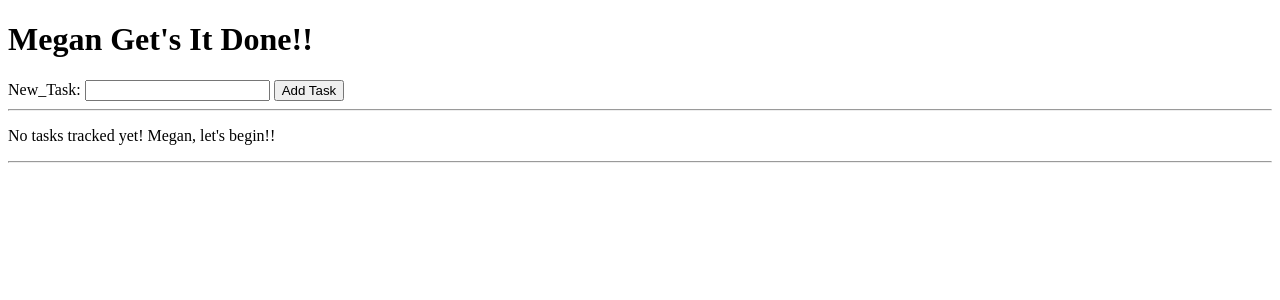
Repository: tlwilliams895/get-it-done
Page: http://localhost/
These files come from the project's save history. The page is drawn as it stood at one moment and after the next save; the edit follows.
The browser window is 1280 px wide. The pictures show the whole page.
The page is served by the project's application, run on Flask 3 (main.py). Queries for data that is not in the repository find no rows.

Above is the page before, as saved 2019-10-17 15:56:26.

### templates/todos.html
{% extends "base.html" %}

{% block content %}
<h1>Megan Get's It Done!!</h1>
<form method="POST">
    <label>
        New_Task:
        <input type="text" name='task' />
    </label>
    <input type="submit" value='Add Task' />
</form>

<hr />

{% if tasks|length == 0 %}
<p>No tasks tracked yet! Megan, let's begin!!</p>
{% else %}

<ol>
    {% for task in tasks %}
    <li>{{task.name}}
        <!-- Delete tasks -->
        <form action="/delete-task" method="POST" style="display:inline-block;">
            <input type="hidden" name="task-id" value="{{task.id}}" />
            <input type="submit" value="Task Complete!" />
        </form>
    </li>
    {% endfor %}
</ol>

{% endif %}

<hr />

<h2>

    <ol>
        {% for task in completed_tasks %}
        <li></li>
        {% endfor %}
    </ol>

</h2>

{% endblock %}

### templates/base.html
<!DOCTYPE html>
<html>

<head>
    <title>{{title}}</title>
</head>

<body>

    {% block content %}
    {% endblock %}

</body>

</html>

### main.py
from flask import Flask, request, redirect, render_template
from flask_sqlalchemy import SQLAlchemy

app = Flask(__name__)
app.config['DEBUG'] = True
app.config['SQLALCHEMY_DATABASE_URI'] = 'mysql+pymysql://get-it-done:beproductive@localhost:8889/get-it-done'
app.config['SQLALCHEMY_ECHO'] = True
db = SQLAlchemy(app)


class Task(db.Model):
    # Anytime a new column is added here, remember to drop_all then create_all
    # in Git Bash to reflect and update changes to database
    id = db.Column(db.Integer, primary_key=True)
    name = db.Column(db.String(120))
    completed = db.Column(db.Boolean)

    def __init__(self, name):
        self.name = name
        self.completed = False


# Global task list is commented out because a
# MySQL database is being used now
# tasks = []


@app.route('/', methods=['POST', 'GET'])
def index():

    if request.method == 'POST':
        task_name = request.form['task']
        new_task = Task(task_name)
        db.session.add(new_task)
        db.session.commit()
        # Removed: Will used an object to create a new object in the db
        # tasks.append(task)

    # Add .filter_by to output the uncompleted tasks by value and pair
    tasks = Task.query.filter_by(completed=False).all()
    # Displays completed tasks
    completed_tasks = Task.query.filter_by(completed=True).all()
    return render_template(
        'todos.html',
        title="Megan, Get It Done!",
        tasks=tasks,
        completed_tasks=completed_tasks
    )


@app.route('/delete-task', methods=['POST'])
def delete_task():

    task_id = int(request.form['task-id'])
    task = Task.query.get(task_id)
    task.completed = True
    db.session.add(task)
    # Removed to update delete functions
    # db.session.delete(task)
    db.session.commit()

    return redirect('/')


if __name__ == '__main__':
    app.run()

After the next save:
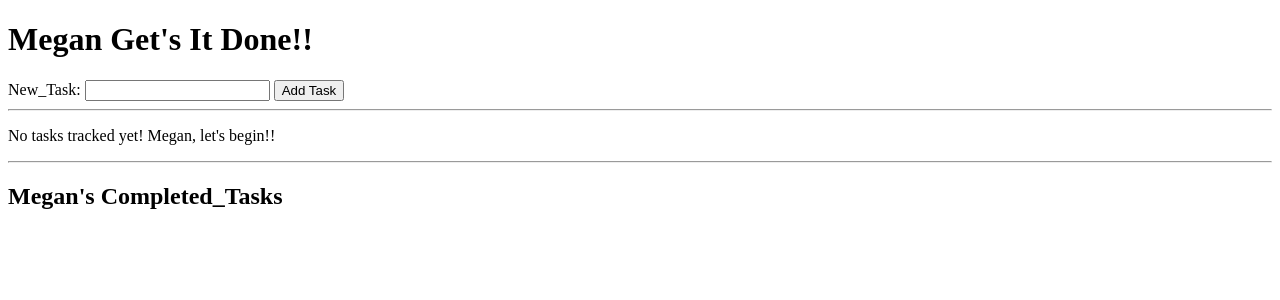
Saved 3 min 51 s later.
--- a/templates/todos.html
+++ b/templates/todos.html
@@ -32,14 +32,14 @@
 
 <hr />
 
-<h2>
+<h2>Megan's Completed_Tasks</h2>
 
-    <ol>
-        {% for task in completed_tasks %}
-        <li></li>
-        {% endfor %}
-    </ol>
+<ol>
+    {% for task in completed_tasks %}
+    <li></li>
+    {% endfor %}
+</ol>
 
-</h2>
+
 
 {% endblock %}
